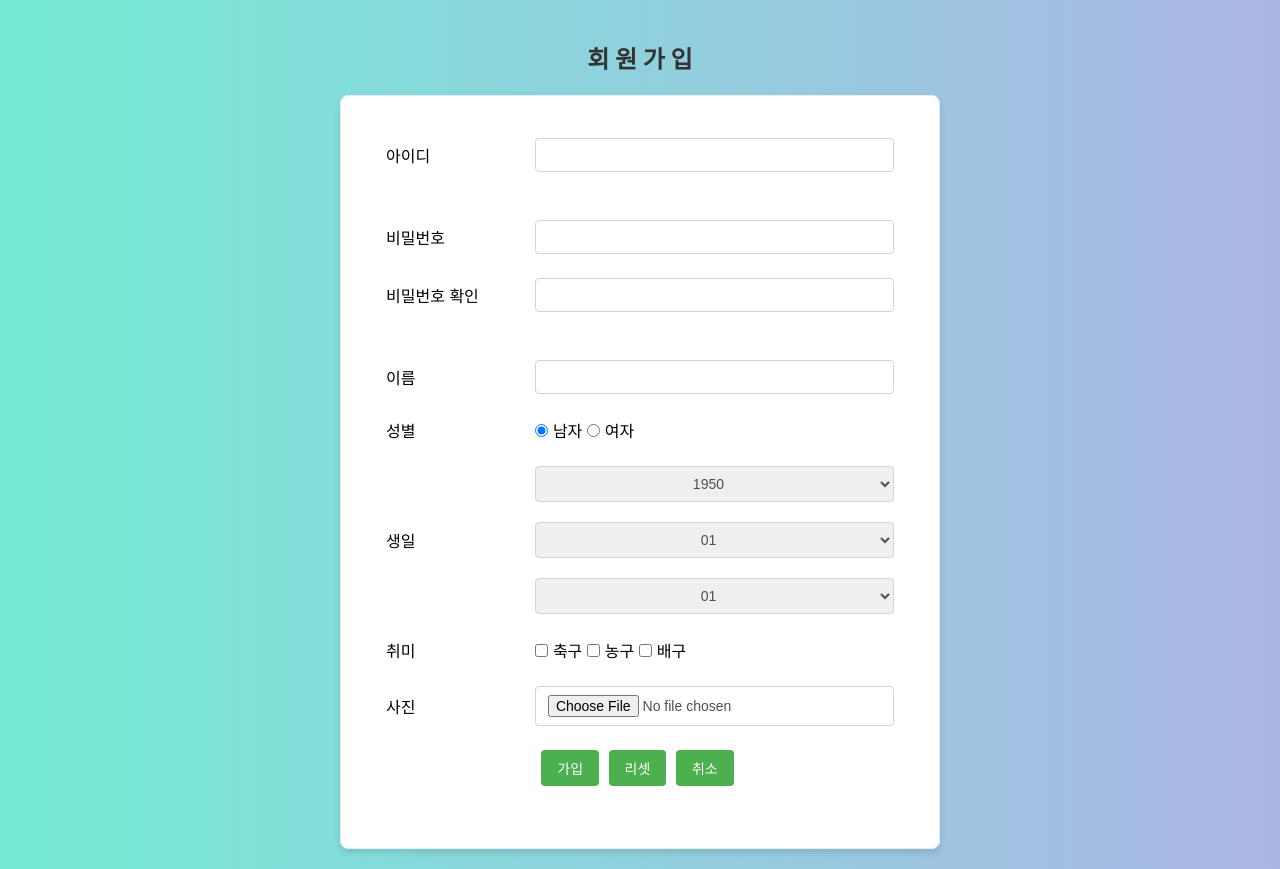
Repository: 1plus1equals3-true/Board-Project
Page: http://localhost/jsp/member/Join.jsp
These files come from the project's save history. The page is drawn as it stood at one moment and after the next save; the edit follows.
The browser window is 1280 px wide. The pictures show the whole page.
The page is served by Tomcat 9. Other server files are loaded and not shown.

Above is the page before, as saved 2025-09-16 02:26:02.

### jsp/src/main/webapp/member/Join.jsp
<%@ page language="java" contentType="text/html; charset=UTF-8"
    pageEncoding="UTF-8"%>
<%@ page import="java.util.Date" %>
<%@ page import="java.text.SimpleDateFormat" %>
<!DOCTYPE html>
<html>
<head>
<meta charset="UTF-8">
<title>회원가입</title>
<script src="https://code.jquery.com/jquery-3.7.1.min.js"></script>
<style>
/* 전역 스타일 */
*{
	margin: 0 auto;
	padding: 0;
	text-align: center;
	box-sizing: border-box;
}

body {
    background: linear-gradient(to right, #74ebd5, #ACB6E5);
    font-family: -apple-system, BlinkMacSystemFont, "Segoe UI", Roboto, "Helvetica Neue", Arial, sans-serif;
}

/* 제목 스타일 */
h2 {
    color: #333;
    margin-top: 40px;
    margin-bottom: 20px;
}

/* 폼 컨테이너 */
form {
    background-color: #fff;
    padding: 30px;
    border: 1px solid #e9ecef;
    border-radius: 8px;
    width: 90%;
    max-width: 600px;
    margin: 20px auto;
    box-shadow: 0 4px 6px rgba(0,0,0,0.1);
}

/* 테이블 스타일 (게시판 테이블과 유사하게) */
table {
    width: 100%;
    border-collapse: collapse;
    margin-bottom: 20px;
}

table td {
    padding: 12px 15px;
    text-align: left;
}

/* 입력 필드, 선택 박스 스타일 (검색 폼과 유사하게) */
input[type="text"],
input[type="password"],
input[type="file"],
select {
    padding: 8px 12px;
    border: 1px solid #ced4da;
    border-radius: 4px;
    font-size: 14px;
    color: #495057;
    width: 100%;
    box-sizing: border-box;
}

/* 라디오 버튼, 체크박스 스타일 */
input[type="radio"],
input[type="checkbox"] {
    width: auto;
    margin-right: 5px;
}

/* 버튼 스타일 (게시판 글쓰기, 검색 버튼과 유사하게) */
input[type="submit"],
input[type="reset"],
button {
    padding: 8px 16px;
    border: none;
    border-radius: 4px;
    background-color: #4CAF50;
    color: white;
    font-size: 14px;
    cursor: pointer;
    transition: background-color 0.3s ease;
    margin-right: 5px;
}

input[type="submit"]:hover,
input[type="reset"]:hover,
button:hover {
    background-color: #0056b3;
}

</style>
</head>
<body>
<%
  Date today = new Date(); // 현재 날짜와 시간 객체 생성
  SimpleDateFormat yearFormat = new SimpleDateFormat("yyyy"); // 년도 형식 지정
  String year = yearFormat.format(today); // 년도만 추출
  int intyear = Integer.parseInt(year);
%>
	<h2>회 원 가 입</h2>
<%
	String loginerr = request.getParameter("loginerr");
	if (loginerr != null) out.print("비밀번호가 일치하지 않습니다.");
%>

	<form action="Join_proc.jsp" method="post" enctype="multipart/form-data">
		<table>
		<tr>
		<td>아이디</td>
		<td><input type="text" name="uid" id="uid" onkeyup="id_check()"></td>
		</tr>

		<tr>
		<td colspan="2" style="text-align: center;"><span id="id_msg"></span></td>
		</tr>

		<tr>
		<td>비밀번호</td>
		<td><input type="password" name="upass1" id="upass1" onkeyup="pass_check()"></td>
		</tr>

		<tr>
		<td>비밀번호 확인</td>
		<td><input type="password" name="upass2" id="upass2" onkeyup="pass_check()"></td>
		</tr>

		<tr>
		<td colspan="2" style="text-align: center;"><span id="pass_msg"></span></td>
		</tr>

		<tr>
		<td>이름</td>
		<td><input type="text" name="uname"></td>
		</tr>

		<tr>
		<td>성별</td>
		<td><input type="radio" name="sex" value="M" checked="checked">남자
			<input type="radio" name="sex" value="F">여자</td>
		</tr>

		<tr>
		<td>생일</td>
		<td>
		<select name="yyyy">
		<%
			for (int i=1950; i<=intyear; i++) {
		%>
				<option value="<%= i %>"><%= i %></option>
		<%
			}
		%>
		</select><br><br>

		<select name="mm">
		<%
			for (int i=1; i<=12; i++) {
		%>
				<option value="<%= i %>">
										<% if (i < 10) { %>
											0<%= i %>
										<% } else { %>
											<%= i %>
										<% } %>
				</option>
		<%
			}
		%>
		</select><br><br>

		<select name="dd">
		<%
			for (int i=1; i<=31; i++) {
		%>
				<option value="<%= i %>">
										<% if (i < 10) { %>
											0<%= i %>
										<% } else { %>
											<%= i %>
										<% } %>
				</option>
		<%
			}
		%>
		</select>
		</td>
		</tr>

		<tr>
		<td>취미</td>
		<td><input type="checkbox" name="hobby" value="football">축구
			<input type="checkbox" name="hobby" value="basketball">농구
			<input type="checkbox" name="hobby" value="Volleyball">배구</td>
		</tr>

		<tr>
		<td>사진</td>
		<td><input type="file" name="upfile" accept=".gif, .jpg, .png"></td>
		</tr>

		<tr>
		<td colspan="2" style="text-align: center;"><input type="submit" value="가입">
			<input type="reset" value="리셋">
		<button type="button" onclick="history.back()">취소</button>
		</td>
		</tr>

		</table>
	</form>
</body>

<script type="text/javascript">
function submit_check() {
	var uid = document.getElementById("uid");
	   if(uid.value.trim().length < 4 ){
	      alert('아이디');
	      uid.focus();
	      return;
	}
	   document.join_form.submit();
}

function id_check()
{
   var uid = $('#uid').val();

   if(uid.length < 4)
   {
      return;
   }

   $.ajax({
      url : "./Join_check.jsp",
      type : "post",
      data : {uid: uid},
      dataType : 'html',
      success : function(result){

         var data = result.trim();

         if(data == "Y")
         {
            var msg = "<font color='blue'>아이디 사용 가능</font>";
            $('#id_msg').html(msg);
         }
         else
         {
            var msg = "<font color='red'>아이디 사용 불가</font>";
            $('#id_msg').html(msg);
         }
      },
      error: function (request, status, error) {
           console.log("code: " + request.status)
           console.log("message: " + request.responseText)
           console.log("error: " + error);
       }
   });
   return;
}

function pass_check() {
	var pass1 = $('#upass1').val();
	var pass2 = $('#upass2').val();

	if(pass1.length < 4 || pass2.length < 4)
	   {
			return;
	   }

	if (pass1 == pass2) {
		$('#pass_msg').html("<font color='blue'>비밀번호 확인됨</font>");
	}else {
		$('#pass_msg').html("<font color='red'>비밀번호 서로 다름</font>");
	}
}
</script>


</html>

After the next save:
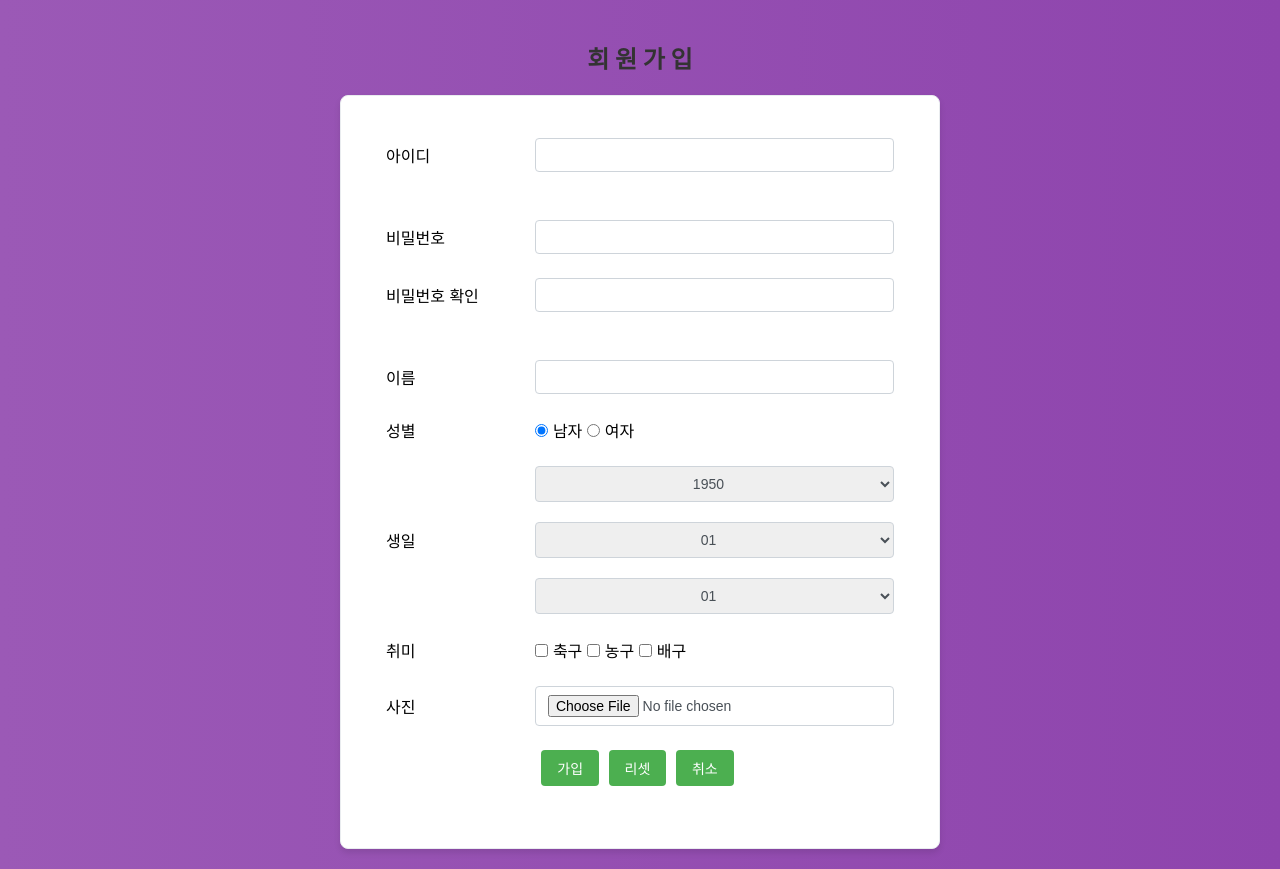
Saved 44 s later.
--- a/jsp/src/main/webapp/member/Join.jsp
+++ b/jsp/src/main/webapp/member/Join.jsp
@@ -18,7 +18,7 @@
 }
 
 body {
-    background: linear-gradient(to right, #74ebd5, #ACB6E5);
+    background: linear-gradient(to right, #9B59B6, #8E44AD);
     font-family: -apple-system, BlinkMacSystemFont, "Segoe UI", Roboto, "Helvetica Neue", Arial, sans-serif;
 }
 
